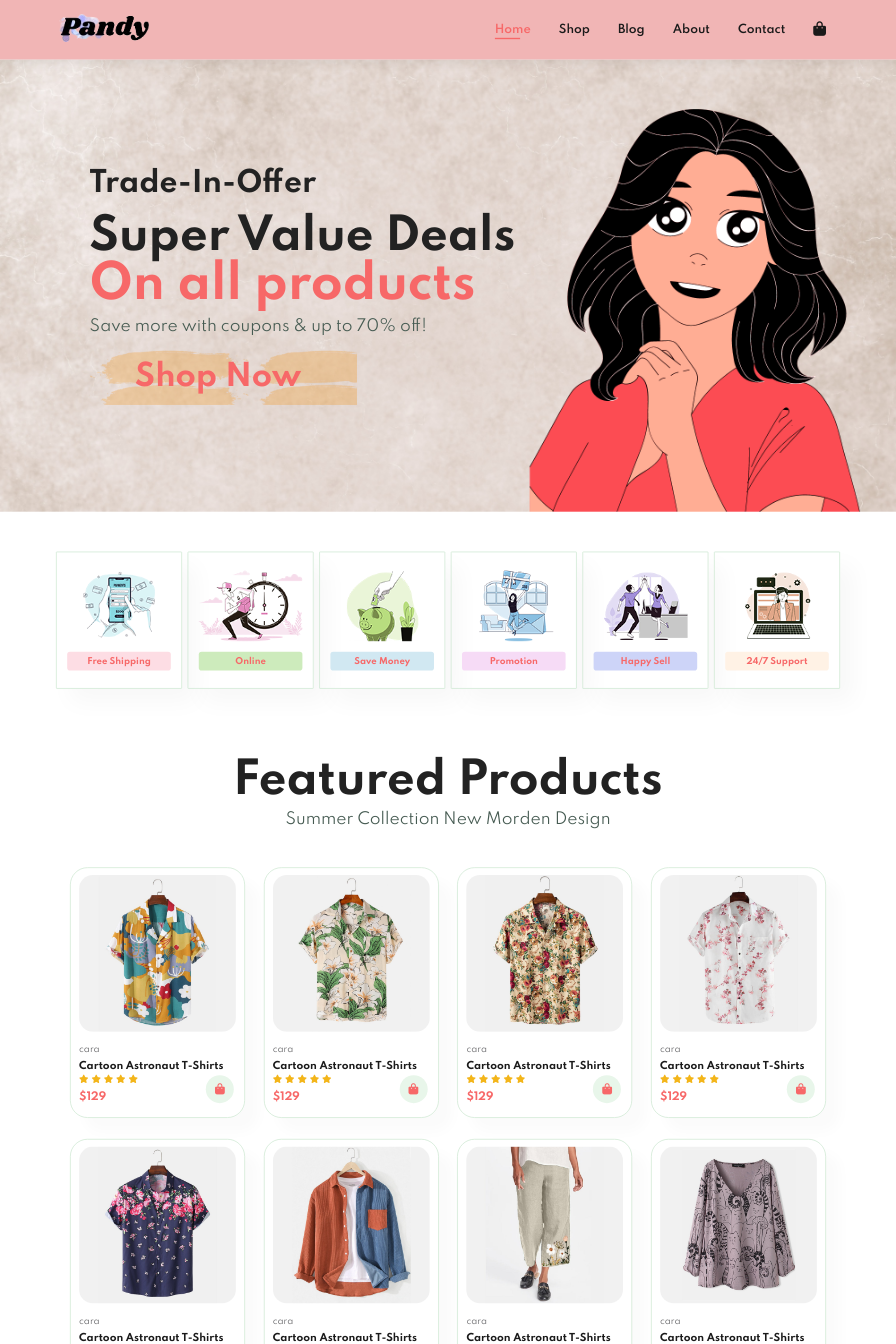
Repository: NassimeElkamari/Pandy-store-Frontend
Page: index.html
The author's editor kept a copy of each file at every save. The page is drawn from the files as they stood at one save, then again after the next save.
The browser window is 1280 px wide. The pictures show the part of the page from y = 0 to 1920 px (the page is 3817 px tall), at 70% of full size.

Above is the page before, as saved 2024-10-05 12:31:27.

### index.html
<!DOCTYPE html>
<html lang="en">
<head>
    <meta charset="UTF-8">
    <title>Pandy store</title>
    <link rel="stylesheet" href="style.css">
    <link rel="stylesheet" href="https://cdnjs.cloudflare.com/ajax/libs/font-awesome/6.5.1/css/all.min.css">
    <link rel="icon" href="img/favicon.ico">
</head>
<body>
    <!--Header-->
    <header id="Header">
        <a href="#"><img src="img/logo (1).png" class="logo"></a>
        <nav>
            <ul id="navbar">
                <li><a href="index.html" class="active">Home</a></li>
                <li><a href="shop.html" class="n-active">Shop</a></li>
                <li><a href="blog.html" class="n-active">Blog</a></li>
                <li><a href="about.html" class="n-active">About</a></li>
                <li><a href="contact.html" class="n-active">Contact</a></li>
                <li class="lg-bag"><a href="cart.html"><i class="fa-solid fa-bag-shopping head-cart"></i></a></li>
                <a id="Close" href="#"><i class="fa-solid fa-xmark"></i></a>
            </ul>
        </nav>
        <div id="mobile">
            <a href="cart.html"><i class="fa-solid fa-bag-shopping head-cart"></i></a>
            <i id="bar" class="fa-solid fa-bars"></i>
        </div>
    </header>

    <!--Hero section-->
    <section id="img-slider">
        <div class="slide active">
            <img src="img/img1.png" >
            <div class="info">
                <h4 class="select-none">Trade-In-Offer</h4>
                <h2 class="select-none">Super Value Deals</h2>
                <h1 class="select-none">On all products</h1>
                <p class="select-none">Save more with coupons & up to 70% off!</p>
                <button><span class="shop">Shop Now</span></button>
            </div>
        </div>
    </section>

    <!--Feature Section-->

    <section id="feature" class="section-p1">
        <div class="fe-box">
            <img src="img/features (1)/f1.png" >
            <h6>Free Shipping</h6>
        </div>
        <div class="fe-box">
            <img src="img/features (1)/f2.png" >
            <h6>Online</h6>
        </div>
        <div class="fe-box">
            <img src="img/features (1)/f3.png" >
            <h6>Save Money</h6>
        </div>
        <div class="fe-box">
            <img src="img/features (1)/f4.png" >
            <h6>Promotion</h6>
        </div>
        <div class="fe-box">
            <img src="img/features (1)/f5.png" >
            <h6>Happy Sell</h6>
        </div>
        <div class="fe-box">
            <img src="img/features (1)/f6.png" >
            <h6>24/7 Support</h6>
        </div>
    </section>

    <!--Products-->
    <section class="section-p1" id="product1">
        <h2>Featured Products</h2>
        <p>Summer Collection New Morden Design</p>
        <div class="pro-container">
            <div class="pro">
                <img src="img/products (1)/f1.jpg" >
                <div class="des">
                    <span>cara</span>
                    <h5>Cartoon Astronaut T-Shirts</h5>
                    <div class="star">
                        <i class="fa-solid fa-star"></i>
                        <i class="fa-solid fa-star"></i>
                        <i class="fa-solid fa-star"></i>
                        <i class="fa-solid fa-star"></i>
                        <i class="fa-solid fa-star"></i>
                    </div>
                    <h4>$129</h4>
                </div>
                <a href="cart.html" class="cart">
                    <i class="fa-solid fa-bag-shopping"></i>
                </a>
            </div>
            <div class="pro">
                <img src="img/products (1)/f2.jpg" >
                <div class="des">
                    <span>cara</span>
                    <h5>Cartoon Astronaut T-Shirts</h5>
                    <div class="star">
                        <i class="fa-solid fa-star"></i>
                        <i class="fa-solid fa-star"></i>
                        <i class="fa-solid fa-star"></i>
                        <i class="fa-solid fa-star"></i>
                        <i class="fa-solid fa-star"></i>
                    </div>
                    <h4>$129</h4>
                </div>
                <a href="cart.html" class="cart">
                    <i class="fa-solid fa-bag-shopping"></i>
                </a>
            </div>
            <div class="pro">
                <img src="img/products (1)/f3.jpg" >
                <div class="des">
                    <span>cara</span>
                    <h5>Cartoon Astronaut T-Shirts</h5>
                    <div class="star">
                        <i class="fa-solid fa-star"></i>
                        <i class="fa-solid fa-star"></i>
                        <i class="fa-solid fa-star"></i>
                        <i class="fa-solid fa-star"></i>
                        <i class="fa-solid fa-star"></i>
                    </div>
                    <h4>$129</h4>
                </div>
                <a href="cart.html" class="cart">
                    <i class="fa-solid fa-bag-shopping"></i>
                </a>
            </div>
            <div class="pro">
                <img src="img/products (1)/f4.jpg" >
                <div class="des">
                    <span>cara</span>
                    <h5>Cartoon Astronaut T-Shirts</h5>
                    <div class="star">
                        <i class="fa-solid fa-star"></i>
                        <i class="fa-solid fa-star"></i>
                        <i class="fa-solid fa-star"></i>
                        <i class="fa-solid fa-star"></i>
                        <i class="fa-solid fa-star"></i>
                    </div>
                    <h4>$129</h4>
                </div>
                <a href="cart.html" class="cart">
                    <i class="fa-solid fa-bag-shopping"></i>
                </a>
            </div>
            <div class="pro">
                <img src="img/products (1)/f5.jpg" >
                <div class="des">
                    <span>cara</span>
                    <h5>Cartoon Astronaut T-Shirts</h5>
                    <div class="star">
                        <i class="fa-solid fa-star"></i>
                        <i class="fa-solid fa-star"></i>
                        <i class="fa-solid fa-star"></i>
                        <i class="fa-solid fa-star"></i>
                        <i class="fa-solid fa-star"></i>
                    </div>
                    <h4>$129</h4>
                </div>
                <a href="cart.html" class="cart">
                    <i class="fa-solid fa-bag-shopping"></i>
                </a>
            </div>
            <div class="pro">
                <img src="img/products (1)/f6.jpg" >
                <div class="des">
                    <span>cara</span>
                    <h5>Cartoon Astronaut T-Shirts</h5>
                    <div class="star">
                        <i class="fa-solid fa-star"></i>
                        <i class="fa-solid fa-star"></i>
                        <i class="fa-solid fa-star"></i>
                        <i class="fa-solid fa-star"></i>
                        <i class="fa-solid fa-star"></i>
                    </div>
                    <h4>$129</h4>
                </div>
                <a href="cart.html" class="cart">
                    <i class="fa-solid fa-bag-shopping"></i>
                </a>
            </div>
            <div class="pro">
                <img src="img/products (1)/f7.jpg" >
                <div class="des">
                    <span>cara</span>
                    <h5>Cartoon Astronaut T-Shirts</h5>
                    <div class="star">
                        <i class="fa-solid fa-star"></i>
                        <i class="fa-solid fa-star"></i>
                        <i class="fa-solid fa-star"></i>
                        <i class="fa-solid fa-star"></i>
                        <i class="fa-solid fa-star"></i>
                    </div>
                    <h4>$129</h4>
                </div>
                <a href="cart.html" class="cart">
                    <i class="fa-solid fa-bag-shopping"></i>
                </a>
            </div>
            <div class="pro">
                <img src="img/products (1)/f8.jpg" >
                <div class="des">
                    <span>cara</span>
                    <h5>Cartoon Astronaut T-Shirts</h5>
                    <div class="star">
                        <i class="fa-solid fa-star"></i>
                        <i class="fa-solid fa-star"></i>
                        <i class="fa-solid fa-star"></i>
                        <i class="fa-solid fa-star"></i>
                        <i class="fa-solid fa-star"></i>
                    </div>
                    <h4>$129</h4>
                </div>
                <a href="cart.html" class="cart">
                    <i class="fa-solid fa-bag-shopping"></i>
                </a>
            </div>
        </div>
    </section>

    <!--Call to Action-->
    <section id="banner" class="section-m1">
        <h4>Repair Services</h4>
        <h2>Up to <span>70% Off</span> All t-shirt & Accessories</h2>
        <button class="normal">Explore More</button>
    </section>

    <!--Small Banner-->
    <section id="sm-banner" class="section-p1">
        <div class="banner-box">
            <h4>Crazy deals</h4>
            <h2>buy 1 get 1 free</h2>
            <span>The best classic dress is on sale at cara</span>
            <button class="white">Learn More</button>
        </div>
        <div class="banner-box">
            <h4>spring summer</h4>
            <h2>upcoming season</h2>
            <span>The best classic dress is on sale at cara</span>
            <button class="white">Collection</button>
        </div>
    </section>

    <!--Features banner-->
    <section id="banner3">
        <div class="banner-box">
            <h4>SEASON SALE</h4>
            <h3>winter Collection -50% OFF</h3>
        </div>
        <div class="banner-box">
            <h4>NEW FOOTWEAR COLLECTION</h4>
            <h3>spring / summer 2024</h3>
        </div>
        <div class="banner-box">
            <h4>T-SHIRT</h4>
            <h3>New Trendy Prints</h3>
        </div>
    </section>

    <!--NewsLetter-->
    <section id="newsletter" class="section-p1 section-m1">
        <div class="newstext">
        <h4>Sign Up For NewsLetters</h4>
        <p>Get E-mail updates about our latest shop and <span>special offers.</span></p>
        </div>
        <form class="form">
            <input type="text" placeholder="Your email address"/>
            <button class="normal" type="submit">Sign Up</button>
        </form>
    </section>

    <!--Footer-->
    <footer class="section-p1">
        <div class="col">
            <img src="img/logo (1).png" class="logo">
            <h4>Contact</h4>
            <p><strong>Address: </strong>Bettana Salé</p>
            <p><strong>Phone: </strong>+212697690746</p>
            <p><strong>Hours: </strong>10:00 - 18:00, Mon - Sat</p>
            <div class="follow">
                <h4>Follow us</h4>
                <div class="icon">
                    <i class="fa-brands fa-facebook"></i>
                    <i class="fa-brands fa-instagram"></i>
                    <i class="fa-brands fa-linkedin"></i>
                    <i class="fa-brands fa-twitter"></i>
                </div>
            </div>
        </div>
        <div class="col">
            <h4>About</h4>
            <a href="about.html">About Us</a>
            <a href="blog.html">Delivery Information</a>
            <a href="blog.html">Privacy Policy</a>
            <a href="blog.html">Terms &amp; Conditions</a>
            <a href="contact.html">Contact Us</a>
        </div>
        <div class="col">
            <h4>My Account</h4>
            <a href="#">Sign In</a>
            <a href="cart.html">View Cart</a>
            <a href="shop.html">My WishList</a>
            <a href="product.html">Track My Order</a>
            <a href="contact.html">Help</a>
        </div>
        <div class="col install">
            <h4>Install App</h4>
            <p>From App Store or Google Play</p>
            <div class="row">
                <img src="img/pay (1)/app.jpg" >
                <img src="img/pay (1)/play.jpg" >
            </div>
            <p>Secured Payment Gateways</p>
            <img src="img/pay (1)/pay.png" >
        </div>
        <div class="copyright">
            <p>@2024 NassimeElkamari. All Rights Reserved</p>
        </div>
    </footer>

    <script src="main.js"></script>
</body>
</html>

### style.css
/* google font */
@import url('https://fonts.googleapis.com/css2?family=Spartan:wght@100;200;300;400;500;600;700;800;900&display=swap');

:root {
  --primary-color: #f76868;
}

* {
  margin: 0;
  padding: 0;
  box-sizing: border-box;
  font-family: 'Spartan', sans-serif;
}

html {
  scroll-behavior: smooth;
}

/********** Global Styles ************/

h1 {
  font-size: 4.125rem;
  line-height: 4rem;
  color: #222;
  margin-top: 10px;
}

h2 {
  font-size: 3.855rem;
  line-height: 3.375rem;
  color: #222;
  margin-top: 10px;
}

h4 {
  font-size: 2.5rem;
  color: #222;
}

h6 {
  font-weight: 700;
  font-size: 12px;
}

p {
  font-size: 22px;
  color: #465b52;
  margin: 15px 0 20px 0;
}

a {
  text-decoration: none;
}

.section-p1 {
  padding: 40px 80px;
}

.section-m1 {
  margin: 40px 0;
}

.shop{
    font-size: 42px;
}

button.normal {
  font-size: 14px;
  font-weight: 600;
  padding: 15px 30px;
  color: #000;
  background-color: #fff;
  border-radius: 5px;
  cursor: pointer;
  border: none;
  outline: none;
  transition: all 0.3s ease;
}

button.white {
  font-size: 13px;
  font-weight: 600;
  padding: 11px 18px;
  color: #ffffff;
  background-color: transparent;
  cursor: pointer;
  border: 1px solid white;
  outline: none;
  transition: all 0.3s ease;
}

/* header section */

#Header{
    display: flex;
    justify-content: space-between;
    align-items: center;
    padding: 20px 80px;
    background: #f1b5b5;
    box-shadow: 0 5px 15px rgba(0, 0 , 0 , 0.06);
    position: sticky;
    top: 0;
    left: 0;
    z-index: 10;
}

#navbar{
    display: flex;
    align-items: center;
    justify-content: center;
    list-style: none;
}

#navbar li{
    padding: 0 20px;
    position: relative;
}

#navbar li a{
    font-size: 1rem;
    font-weight: 600;
    color: #1a1a1a;
    transition: all 0.3s ease;
}

#navbar li a:hover,
#navbar li a.active {
    color: var(--primary-color);
    transition: 0.5s;
}


#navbar li a::after {
    content: '';
    width: 0;
    height: 2px;
    background-color: var(--primary-color);
    position: absolute;
    bottom: -4px;
    left: 20px;
    transition: 0.4s;
}

#navbar li a:hover::after{
    width: 40%;
}

#navbar li a.active::after{
    width: 40%;
}

.head-cart{
    font-size: 1.3rem;
}

#mobile{
    display: none;
}

#Close{
    display: none;
}

/* hero section*/

#img-slider{
    height: 90vh;
    width: 100%;
    display: flex;
    justify-content: center;
    align-items: center;
    position: relative;
    overflow: hidden;
}

#img-slider .slide img{
    object-fit: cover;
    width: 100vw;
    height: 90vh;
    object-position: top right;
    position: relative;
}

#img-slider .slide .info{
    z-index: 1;
    position: absolute;
    top: 50%;
    transform: translateY(-50%);
    display: flex;
    flex-direction: column;
    align-items: flex-start;
    justify-content: center;
    padding-left: 10%;
}

.select-none{
    user-select: none;
}

#img-slider .slide .info h4{
    padding-bottom: 15px;

}

#img-slider .slide .info h1{
    color: var(--primary-color);
}

#img-slider .slide .info button{
    background: url(img/button\ \(1\).png);
    background-color: transparent;
    color: var(--primary-color);
    border: 0;
    padding: 14px 80px 14px 65px;
    font-size: 15px;
    font-weight: 700;
}

/* feature section*/

#feature{
    display: flex;
    align-items: center;
    justify-content: space-between;
    flex-wrap: wrap;
}

#feature .fe-box{
    width: 180px;
    text-align: center;
    padding: 25px 15px;
    box-shadow: 20px 20px 34px rgba(0, 0 , 0 , 0.03);
    border: 1px solid #cce7d0;
    border-radius: 1px;
    margin: 15px 0;
    cursor: pointer;
    transition: all 0.3s linear;
}

#feature .fe-box:hover{
    box-shadow: 10px 10px 54px rgba(70, 62 , 221 , 0.1);
}

#feature .fe-box img{
    width: 100%;
    margin-bottom: 10px;
}

#feature .fe-box h6{
    padding: 9px 8px 6px 8px;
    background-color: #fddde4;
    border-radius: 4px;
    color: var(--primary-color);
    line-height: 1;
}

#feature .fe-box:nth-child(2) h6{
    background-color: #cdebbc;
}

#feature .fe-box:nth-child(3) h6{
    background-color: #d1e8f2;
}

#feature .fe-box:nth-child(4) h6{
    background-color: #f6dbf6;
}

#feature .fe-box:nth-child(5) h6{
    background-color: #cdd4f8;
}

#feature .fe-box:nth-child(6) h6{
    background-color: #fff2e5;
}

/* product section */

#product1{
    text-align: center;
}

#product1 .pro-container{
    padding: 20px;
    display: flex;
    justify-content: space-between;
    flex-wrap: wrap;
    align-items: center;
}

#product1 .pro-container .pro{
    width: 23%;
    min-width: 250px;
    padding: 10px 12px;
    border: 1px solid #cce7d0;
    border-radius: 25px;
    cursor: pointer;
    box-shadow: 20px 20px 20px rgba(0, 0 , 0 , 0.02);
    margin: 15px 0;
    transition: all 0.3s linear;
    position: relative;
}

#product1 .pro-container .pro:hover{
    box-shadow: 20px 20px 20px rgba(0, 0 , 0 , 0.15);
}

#product1 .pro-container .pro img{
    width: 100%;
    border-radius: 20px;
}

#product1 .pro .des{
    text-align: start;
    padding: 10px 0 ;
}

#product1 .pro .des span{
    color: #606063;
    font-size: 12px;
}

#product1 .pro .des h5{
    padding-top: 7px;
    color: #1a1a1a;
    font-size: 14px;
}

#product1 .pro .des i{
    font-size: 12px;
    color: rgb(243, 181, 25);
}

#product1 .pro .des h4{
    padding-top: 7px;
    font-weight: 700;
    font-size: 15px;
    color: var(--primary-color);
}

#product1 .pro .cart i{
    width: 40px;
    line-height: 40px;
    background-color: #e8f6ea;
    border-radius: 50px;
    color: var(--primary-color);
    position: absolute;
    bottom: 20px;
    right: 15px;
}

/* Call to Action*/

#banner{
    background: url(img/banner/b2\ \(1\).jpg) center/cover;
    height: 40vh;
    width: 100%;
    text-align: center;
    display: flex;
    flex-direction: column;
    align-items: center;
    justify-content: center;
}

#banner h4{
    color: white;
    font-size: 16px;
}

#banner h2{
    color: white;
    font-size: 30px;
    padding: 10px 0;
}

#banner h2 span{
    color: #ef3636;
}

#banner .normal:hover{
    background-color: var(--primary-color);
    color: #fff;
}

/* small box*/

#sm-banner{
    display: flex;
    justify-content: space-around;
    flex-wrap: wrap;
}

#sm-banner .banner-box{
    background: url(img/img1.jpg) center/cover;
    height: 50vh;
    min-width: 47%;
    display: flex;
    align-items: start;
    justify-content: center;
    flex-direction: column;
    padding: 30px;
}

#sm-banner .banner-box h4{
    color: white;
    font-size: 20px;
    font-weight: 300;
}

#sm-banner .banner-box h2{
    color: white;
    font-size: 28px;
    font-weight: 800;
}

#sm-banner .banner-box span{
    color: white;
    font-size: 14px;
    font-weight: 500;
    padding-bottom: 15px;
}

#sm-banner .banner-box:hover button{
    background-color: var(--primary-color);
    border: 1px solid var(--primary-color);
}

#sm-banner .banner-box:nth-child(2){
    background: url(img/banner/b10\ \(1\).jpg);
}

/* banner 3 section*/

#banner3{
    display: flex;
    flex-wrap: wrap;
    justify-content: space-around;
    padding: 0 80px;
}

#banner3 .banner-box{
    background: url(img/img4.jpg) center/cover;
    height: 30vh;
    min-width: 30%;
    display: flex;
    flex-direction: column;
    justify-content: center;
    align-items: flex-start;
    padding: 20px;
    margin-bottom: 20px;
}

#banner3 .banner-box h4{
    color: white;
    font-weight: 900;
    font-size: 22px;
}

#banner3 .banner-box h3{
    color: #ec544e;
    font-weight: 800;
    font-size: 15px;
}

#banner3 .banner-box:nth-child(2){
    background: url(img/img7.jpg) center/cover;
}

#banner3 .banner-box:nth-child(3){
    background: url(img/img3.jpg) center/cover;
}

/*Sign up*/

#newsletter {
    display: flex;
    justify-content: space-between;
    flex-wrap: wrap;
    align-items: center;
    background: url(img/banner/b1\ \(1\).jpg) center/cover;
    padding: 40px 110px;
}

#newsletter h4{
    color: white;
    font-weight: 700;
    font-size: 22px;
}

#newsletter p{
    font-size: 14px;
    font-weight: 600;
    color: #818ea0;

}

#newsletter .newstext span{
    color: #ffbd27;
}

#newsletter input{
    height: 3.125rem;
    padding: 0 1.25rem;
    font-size: 14px;
    width: 100%;
    border: 1px solid transparent;
    border-radius: 5px;
    outline: none;
    border-top-right-radius: 0;
    border-bottom-right-radius: 0;
}

#newsletter button{
    background-color: var(--primary-color);
    color: white;
    white-space: nowrap;
    height: 3.125rem;
    border-radius: 5px;
    border-top-left-radius: 0;
    border-bottom-left-radius: 0;
}

#newsletter .form{
    display: flex;
    width: 40%;

}

/*Footer*/

footer{
    display: flex;
    flex-wrap: wrap;
    justify-content: space-between;
    margin: 40px 0;
}

footer .col{
    display: flex;
    flex-direction: column;
    align-items: flex-start;
    justify-content: space-evenly;
    margin-bottom: 20px;
}

footer .logo{
    cursor: pointer;
    margin-bottom: 30px;
}

footer h4{
    font-size: 14px;
    margin-bottom: 20px;
}

footer p{
    font-size: 13px;
    margin-bottom: 8px;
}

footer a{
    font-size: 13px;
    text-decoration: none;
    color: #222;
}

footer .follow{
    margin-top: 20px;
}

footer .follow i{
    color: #465b52;
    margin-right: 4px;
}

footer .follow i:hover{
    color: var(--primary-color);
}

footer .install .row img{
    border: 1px solid var(--primary-color);
    border-radius: 6px;
    cursor: pointer;
}

footer .install img {
    margin: 10px 0 15px
}

footer .copyright{
    text-align: center;
    width: 100%;
    text-decoration: underline;
}

Loaded but not shown: main.js (no stored copy; drawn as an empty file)

After the next save:
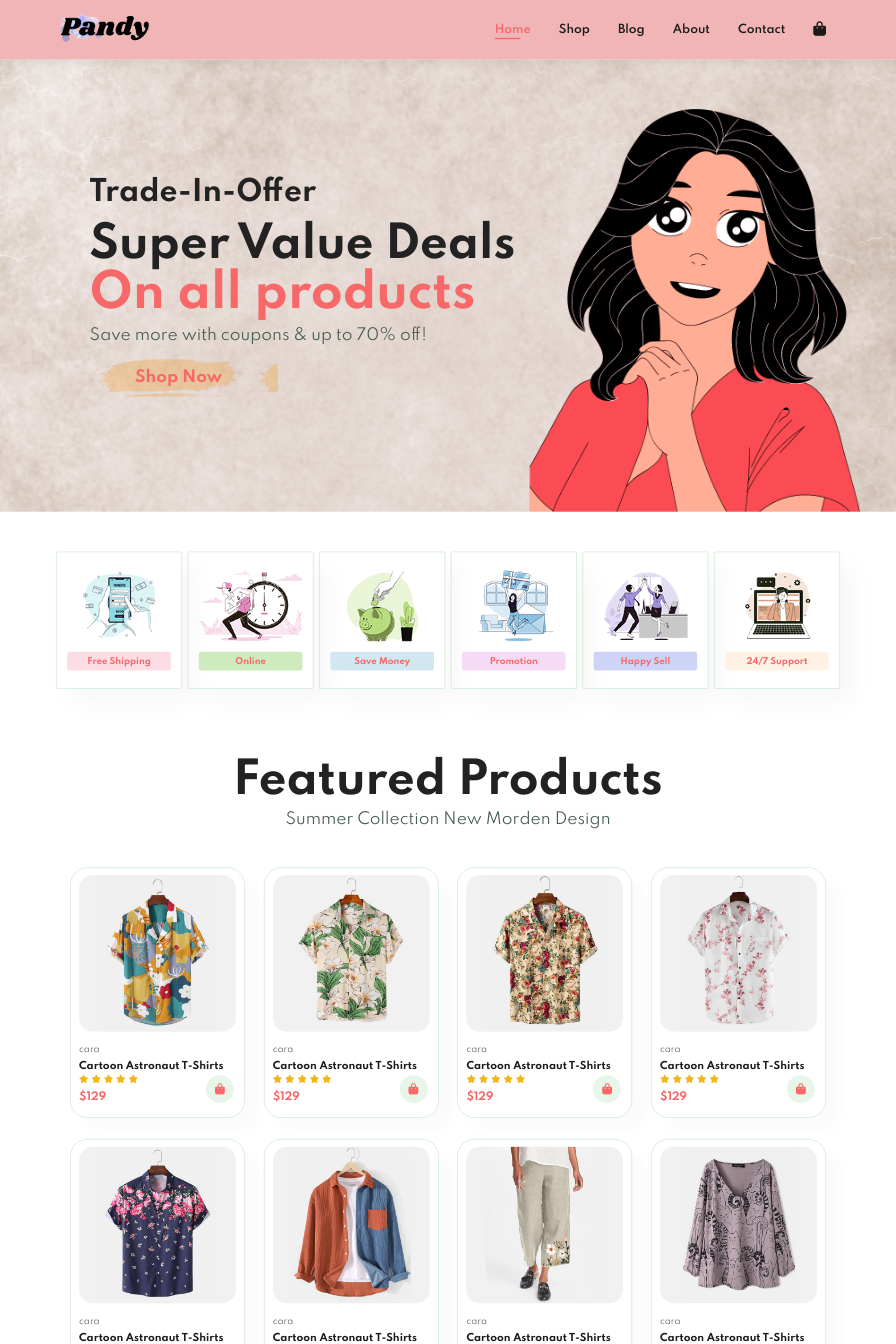
Saved 7 s later.
--- a/style.css
+++ b/style.css
@@ -61,7 +61,7 @@ a {
 }
 
 .shop{
-    font-size: 42px;
+    font-size: 22px;
 }
 
 button.normal {
